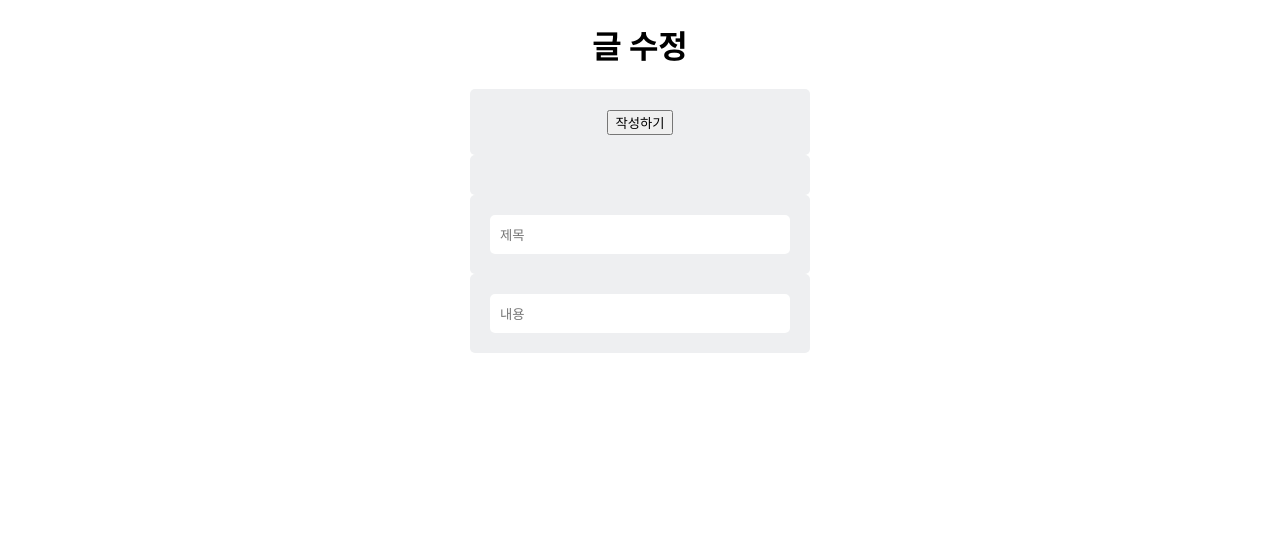
Repository: tae10/app-board-solo
Page: http://localhost/app-board/modify
The author's editor kept a copy of each file at every save. The page is drawn from the files as they stood at one save, then again after the next save.
The browser window is 1280 px wide. The pictures show the whole page.
The page is served by Tomcat 9. Other server files are loaded and not shown. Queries for data that is not in the repository find no rows.

Above is the page before, as saved 2023-04-11 12:51:15.

### app-board/src/main/webapp/WEB-INF/views/board/setting.jsp
<%@ page language="java" contentType="text/html; charset=UTF-8"
    pageEncoding="UTF-8"%>
    <%@taglib prefix="c" uri="http://java.sun.com/jsp/jstl/core" %>
<!DOCTYPE html>
<html>
<head>
<meta charset="UTF-8">
<title>BOARD</title>
<link rel="stylesheet" href="/resource/css/style.css?${millis }">
</head>
<body >
	<h1 style="text-align: center;">글 수정</h1>
	<c:if test="${param.cause eq 'error' }">
		글의 양식이 맞지 않습니다. 다시 작성해주세요
	</c:if>
	<form action="/modify-task">
	<input type="hidden" name="boardId" value="${board.boardId }"/>
		<div align="right">
			<button>작성하기</button>
		</div>
		<div>
		</div>
		<div>
			<input type="text" name="title" placeholder="제목" value="${board.title }"/>
		</div>
		<div>
			<input height="200px" type="text" name="content" value="${board.content }" placeholder="내용">
		</div>
	</form>
</body>
</html>

### app-board/src/main/java/controller/modifyController.java
package controller;

import java.io.IOException;

import javax.servlet.ServletException;
import javax.servlet.annotation.WebServlet;
import javax.servlet.http.HttpServlet;
import javax.servlet.http.HttpServletRequest;
import javax.servlet.http.HttpServletResponse;

import org.apache.ibatis.session.SqlSession;
import org.apache.ibatis.session.SqlSessionFactory;

import data.Board;
import data.User;

@WebServlet("/modify")
public class modifyController extends HttpServlet{
	@Override
	protected void service(HttpServletRequest req, HttpServletResponse resp) throws ServletException, IOException {
		SqlSessionFactory factory = (SqlSessionFactory) req.getServletContext().getAttribute("sqlSessionFactory");
		SqlSession sqlSession = factory.openSession();
		User user =(User)req.getSession().getAttribute("logonUser");

		String boardId = req.getParameter("boardId");
		Board board = sqlSession.selectOne("boards.findByBoardId",boardId);
		req.setAttribute("board", board);

		req.getRequestDispatcher("/WEB-INF/views/board/setting.jsp").forward(req, resp);
	}
}

### app-board/src/main/webapp/resource/css/style.css
@import url('https://fonts.googleapis.com/css2?family=Noto+Sans+KR:wght@100;300;400;500;700;900&display=swap');

        * {
            font-family: 'Noto Sans KR', sans-serif;
        }

        body {
            background-color: #0000;
        }

        div {
            margin: auto;
            width: 300px;
            background-color: #EEEFF1;
            border-radius: 5px;
            text-align: center;
            padding: 20px;
        }

        input {
            width: 100%;
            padding: 10px;
            box-sizing: border-box;
            border-radius: 5px;
            border: none;
        }

        .in {
            margin-bottom: 10px;
        }

        #btn {
            background-color: #1BBC9B;
            margin-bottom: 30px;
            color: white;
        }

        a {
            text-decoration: none;
            color: #9B9B9B;
            font-size: 12px;
        }

After the next save:
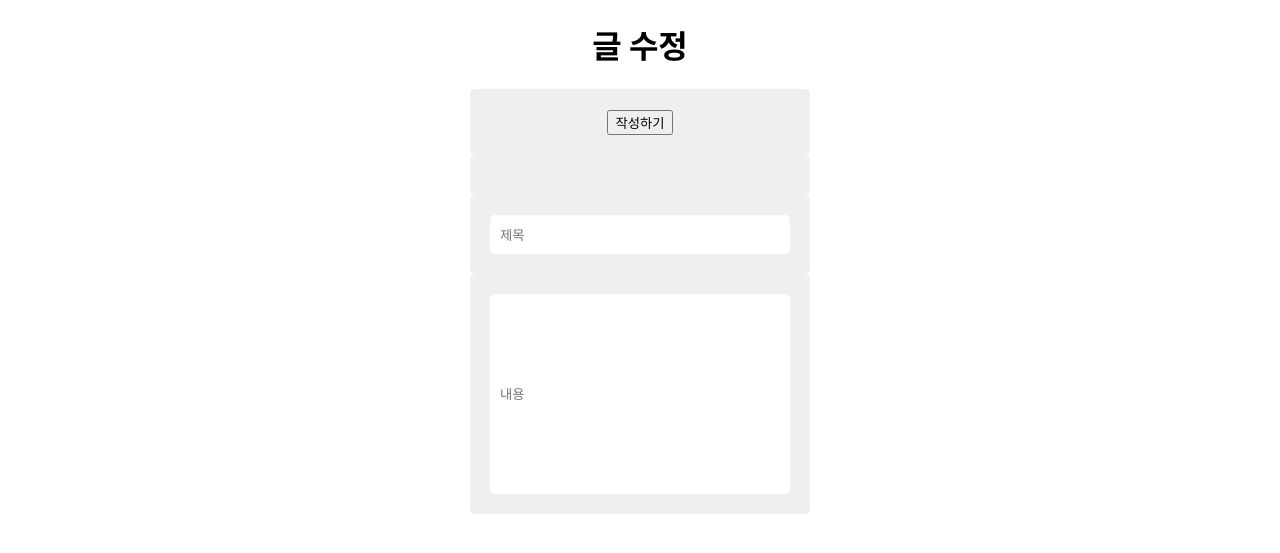
Saved 21 s later.
--- a/app-board/src/main/webapp/WEB-INF/views/board/setting.jsp
+++ b/app-board/src/main/webapp/WEB-INF/views/board/setting.jsp
@@ -24,7 +24,7 @@
 			<input type="text" name="title" placeholder="제목" value="${board.title }"/>
 		</div>
 		<div>
-			<input height="200px" type="text" name="content" value="${board.content }" placeholder="내용">
+			<input style="height: 200px" type="text" name="content" value="${board.content }" placeholder="내용">
 		</div>
 	</form>
 </body>
